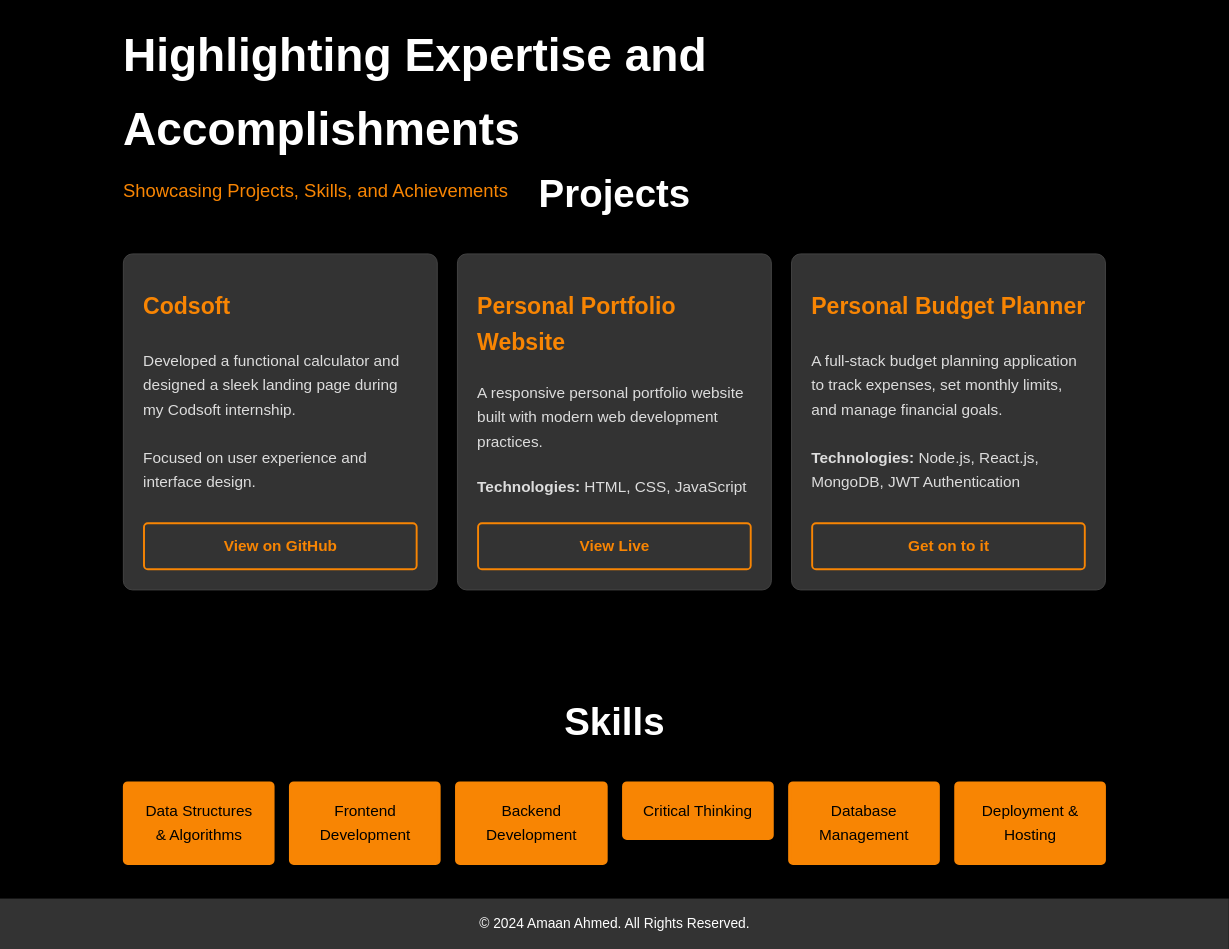
Repository: AmaanLucky/Portfolio
Page: Portfolio-main/portfolio.html
An editor plug-in stored every save of this project. The page is shown before and after the next save, followed by the edit.
The browser window is 1280 px wide. The pictures show the whole page, at 96% of full size.

Above is the page before, as saved 2025-02-28 20:10:56.

After the next save:
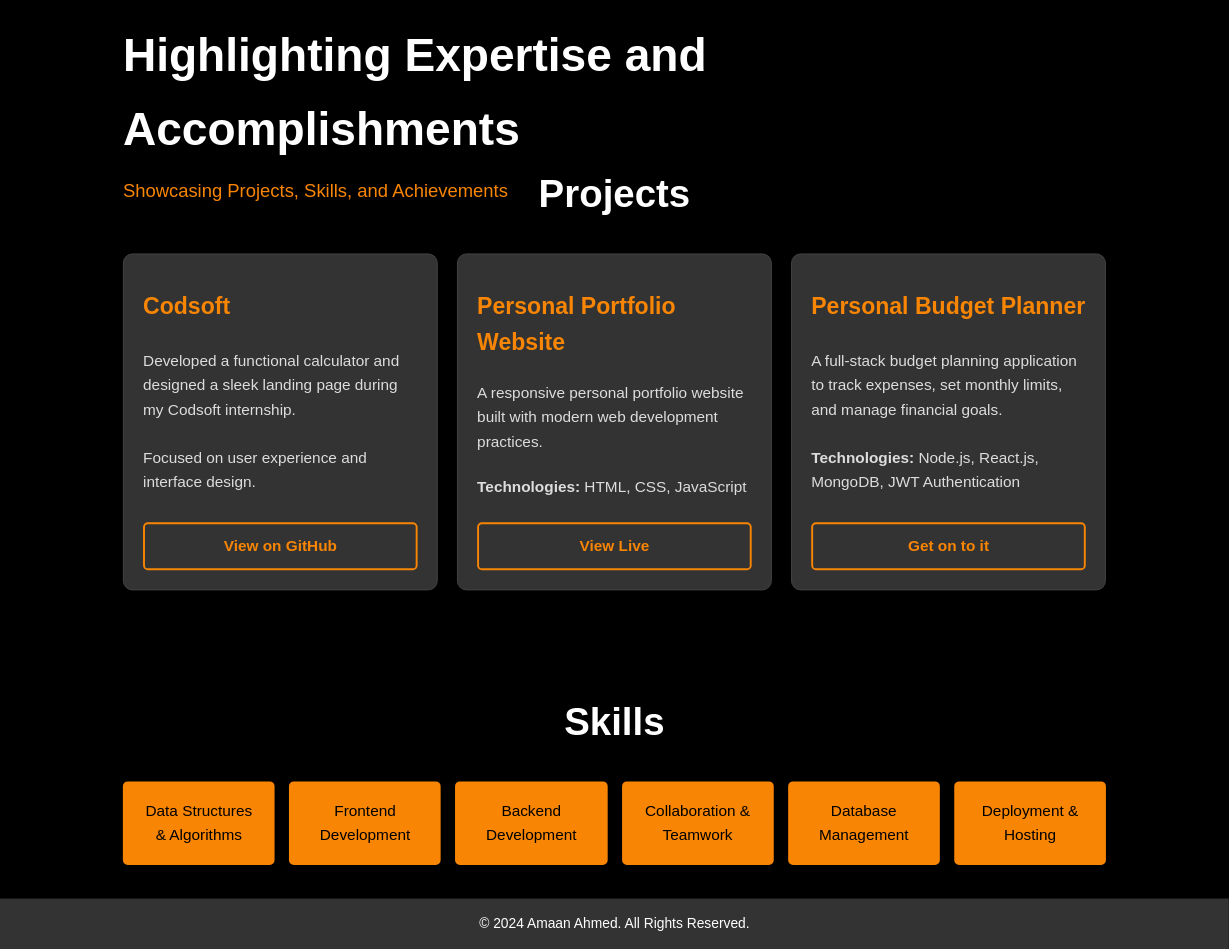
Saved 52 s later.
--- a/Portfolio-main/portfolio.html
+++ b/Portfolio-main/portfolio.html
@@ -67,7 +67,7 @@
       <div class="skill"><a href="https://www.geeksforgeeks.org/data-structures/" target="_blank">Data Structures & Algorithms</a></div>
       <div class="skill"><a href="https://web.dev/html" target="_blank">Frontend Development</a></div>
       <div class="skill"><a href="https://nodejs.org/en" target="_blank">Backend Development</a></div>
-      <div class="skill"><a href="https://www.scribbr.com/working-with-sources/critical-thinking/" target="_blank">Critical Thinking</a></div>
+      <div class="skill"><a href="https://www.atlassian.com/agile/teamwork" target="_blank">Collaboration & Teamwork</a></div>
       <div class="skill"><a href="https://www.mongodb.com/" target="_blank">Database Management</a></div>
       <div class="skill"><a href="https://vercel.com/" target="_blank">Deployment & Hosting</a></div>
     </div>
